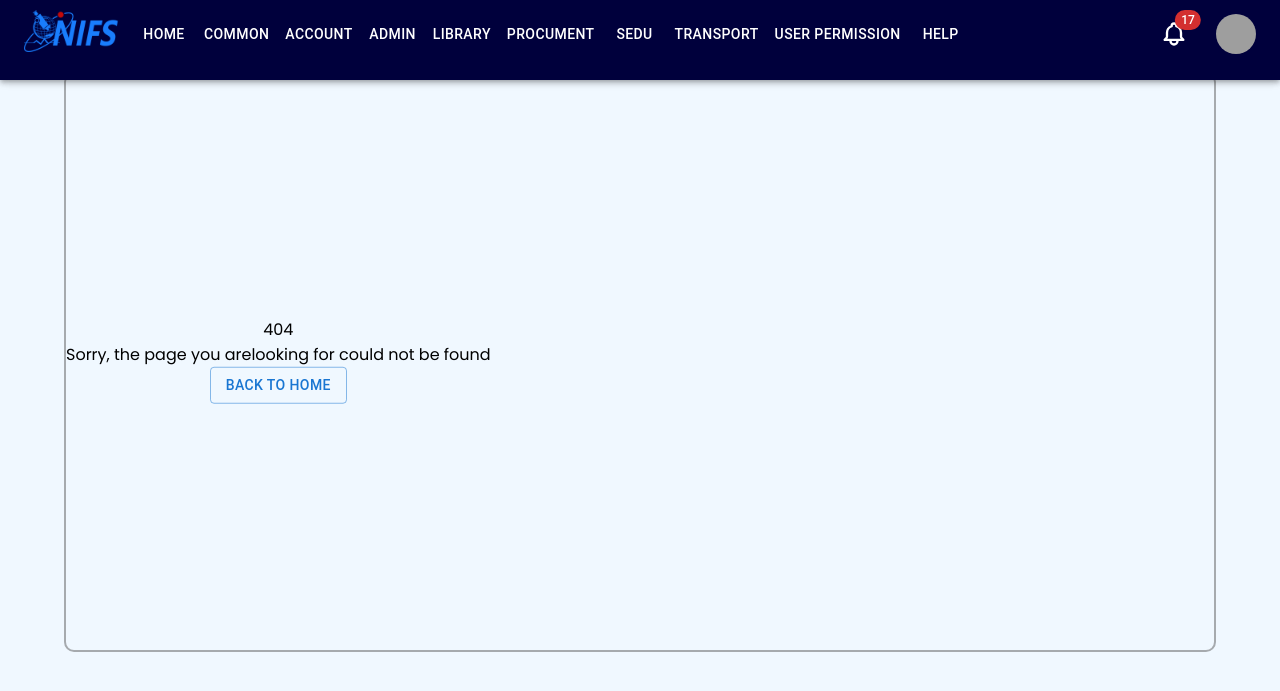
Repository: virangaj/NIFS-WebApp
Page: /error-404 (app in client/)
An editor plug-in stored every save of this project. The page is shown before and after the next save, followed by the edit.
The browser window is 1280 px wide. The pictures show the whole page.
Pictures or frames that could not be fetched are drawn as grey boxes. The project was rebuilt for these pictures with package versions that can differ from the ones it lists, and the page was loaded fresh each time. Also part of the build but not shown: client/src/pages/Login.tsx, client/src/pages/Home.tsx, client/src/components/Transport/shared/TransportNavbar.js, client/src/pages/TransportMainPage.tsx, client/src/pages/CommonMainPage.tsx, client/src/pages/AccountMainPage.tsx, client/src/pages/AdminMainPage.tsx, client/src/pages/LibraryMainPage.js and 16 more.

Above is the page before, as saved 2022-07-27 20:19:35.

### client/public/index.html
<!DOCTYPE html>
<html lang="en">
	<head>
		<meta charset="utf-8" />
		<link rel="icon" href="nifs_logo.png" />
		<meta name="viewport" content="width=device-width, initial-scale=1" />
		<meta name="theme-color" content="#000000" />
		<meta
			name="description"
			content="Web site created using create-react-app"
		/>
		<link rel="apple-touch-icon" href="%PUBLIC_URL%/logo192.png" />
		<!--
      manifest.json provides metadata used when your web app is installed on a
      user's mobile device or desktop. See https://developers.google.com/web/fundamentals/web-app-manifest/
    -->
		<link rel="manifest" href="%PUBLIC_URL%/manifest.json" />
		<!--
      Notice the use of %PUBLIC_URL% in the tags above.
      It will be replaced with the URL of the `public` folder during the build.
      Only files inside the `public` folder can be referenced from the HTML.

      Unlike "/favicon.ico" or "favicon.ico", "%PUBLIC_URL%/favicon.ico" will
      work correctly both with client-side routing and a non-root public URL.
      Learn how to configure a non-root public URL by running `npm run build`.
    -->
		<link
			href="https://fonts.googleapis.com/css?family=Poppins"
			rel="stylesheet"
		/>
		<title>NIFS Dashboard</title>
	</head>
	<body>
		<noscript>You need to enable JavaScript to run this app.</noscript>
		<div id="root"></div>
		<!--
      This HTML file is a template.
      If you open it directly in the browser, you will see an empty page.

      You can add webfonts, meta tags, or analytics to this file.
      The build step will place the bundled scripts into the <body> tag.

      To begin the development, run `npm start` or `yarn start`.
      To create a production bundle, use `npm run build` or `yarn build`.
    -->
	</body>
</html>

### client/src/index.css
* {
  margin: 0;
}

body {
  font-family: 'Poppins';
  -webkit-font-smoothing: antialiased;
  -moz-osx-font-smoothing: grayscale;
  background-color: aliceblue;
}

:root {
  --main-navbar-back: #00003c;
  --nav-title-section-back: rgba(4, 70, 80, 0.616);
  --white: #fff;
  --black: #000;
  --gray: rgba(68, 68, 68, 0.432);
  --border-radius: 10px;
  --pimary: rgb(10, 94, 133);
  --warning: #ed3d63;
}


.nav-logo {
  width: 100px;
  height: auto;
}

a {
  text-decoration: none;
}


/* main navbar */
.main-navbar {
  background-color: var(--main-navbar-back) !important;
  width: 100% !important;
  height: 80px !important;

}



/* secondary navbar */
.secondary-navbar {
  margin-top: 10vh !important;
  margin: auto;
}

.nav-flex-section {
  display: flex;
  justify-content: center;
}

.nav-flex-inside {
  margin-left: 5px;
  margin-left: 5px;
}

.nav-title {
  font-size: 15px;
  text-align: center;
  color: var(--white);
  font-weight: 600;

}

.nav-title-section {
  border-radius: var(--border-radius);
  background-color: var(--nav-title-section-back);
  box-shadow: rgba(100, 100, 111, 0.2) 0px 7px 29px 0px;

}

.nav-icon {
  font-size: 30px;
}

.nav-link {
  display: flex;
  flex-direction: column;
  align-items: center;
  font-size: 15px;
  margin-left: 10px;
  margin-left: 10px;
  border: none;
  box-shadow: rgba(100, 100, 111, 0.2) 0px 7px 29px 0px;
  padding: 4px 8px 6px 8px;
  margin-bottom: 10px;
  text-align: center;
  width: 125px;
  border-radius: var(--border-radius);
  background-color: var(--white);
  outline: none;
  height: 100px;

}

.nav-link:hover {
  color: var(--pimary);
  cursor: pointer;
  box-shadow: rgba(81, 146, 177, 0.2) 0px 7px 29px 0px;
  background-color: rgb(254, 255, 205);
  border-bottom: 2px solid var(--warning);

}


.nav-link:active {
  color: var(--pimary);
  cursor: pointer;
  box-shadow: rgba(81, 146, 177, 0.2) 0px 7px 29px 0px;
  background-color: rgb(205, 248, 255);
  border-bottom: 2px solid var(--warning);
}

.nav-link-active {
  color: var(--pimary);
  cursor: pointer;
  box-shadow: rgba(81, 146, 177, 0.2) 0px 7px 29px 0px;
  background-color: rgb(205, 248, 255);
  border-bottom: 2px solid var(--warning);
}

/* body content */
.body-content {
  margin: auto;
  width: 90%;
  margin-top: 10vh;

}



/* error page */
.error-page {
  border: 2px solid var(--gray);
  border-radius: var(--border-radius);
  height: 80vh;
}

.error-page-content {
  display: flex;
  flex-direction: column;
  align-items: center;
  position: absolute;
  top: 50%;
  -ms-transform: translateY(-50%);
  transform: translateY(-50%);
}

### client/src/App.tsx
import React, { useEffect } from 'react';
import Navbar from './components/shared/Navbar';
import Login from './pages/Login'
import { BrowserRouter as Router, Route, Routes } from 'react-router-dom'
import Home from './pages/Home';
import TransportMainPage from './pages/TransportMainPage';
import CommonMainPage from './pages/CommonMainPage';
import AccountMainPage from './pages/AccountMainPage';
import AdminMainPage from './pages/AdminMainPage';
import LibraryMainPage from './pages/LibraryMainPage';
import ProcumentMainPage from './pages/ProcumentMainPage';
import SeduMainPage from './pages/SeduMainPage';
import UserPermissionMainPage from './pages/UserPermissionMainPage';
import NotificationMainPage from './pages/NotificationMainPage';
import HelpMainPage from './pages/HelpMainPage';
import ErrorPage from './pages/ErrorPage';

function App() {


  return (
    <Router>
      <Navbar />
      <Routes>

        <Route path="/login" element={<Login />} />
        <Route path="/" element={<Home />} />
        <Route path="/common/*" element={<CommonMainPage />} />
        <Route path="/account/*" element={<AccountMainPage />} />
        <Route path="/admin/*" element={<AdminMainPage />} />
        <Route path="/library/*" element={<LibraryMainPage />} />
        <Route path="/procument/*" element={<ProcumentMainPage />} />
        <Route path="/sedu/*" element={<SeduMainPage />} />
        <Route path="/transport/*" element={<TransportMainPage />} />
        <Route
          path="/user-permission/*"
          element={<UserPermissionMainPage />}
        />
        <Route
          path="/notification/*"
          element={<NotificationMainPage />}
        />
        <Route path="/help/*" element={<HelpMainPage />} />
        <Route path="/error-404" element={<ErrorPage />} />
      </Routes>


    </Router>
  );
}

export default App;

### client/src/components/shared/Navbar.tsx
import * as React from 'react';
import AppBar from '@mui/material/AppBar';
import Box from '@mui/material/Box';
import Toolbar from '@mui/material/Toolbar';
import IconButton from '@mui/material/IconButton';
import Typography from '@mui/material/Typography';
import Menu from '@mui/material/Menu';
import Container from '@mui/material/Container';
import Avatar from '@mui/material/Avatar';
import Button from '@mui/material/Button';
import Tooltip from '@mui/material/Tooltip';
import MenuItem from '@mui/material/MenuItem';
import { HiMenuAlt2, HiOutlineBell } from "react-icons/hi";
import Badge from '@mui/material/Badge';
import Logo from '../../images/nifs_logo.png'
import { Link, useLocation } from 'react-router-dom';
const pages = [
    {
        id: 0,
        title: 'Home',
        link: '/',
    },
    {
        id: 1,
        title: 'Common',
        link: '/common',
    },
    {
        id: 2,
        title: 'Account',
        link: '/account',
    },
    {
        id: 3,
        title: 'Admin',
        link: '/admin',
    },
    {
        id: 4,
        title: 'Library',
        link: '/library',
    },
    {
        id: 5,
        title: 'Procument',
        link: '/procument',
    },
    {
        id: 6,
        title: 'SEDU',
        link: '/sedu',
    },
    {
        id: 7,
        title: 'Transport',
        link: '/transport',
    },
    {
        id: 8,
        title: 'User Permission',
        link: '/user-permission',
    },
    // {
    //     id: 9,
    //     title: 'Notification',
    //     link: '/notification',
    // },
    {
        id: 10,
        title: 'Help',
        link: '/help',
    },
];
const settings = [
    {
        id: 0,
        title: 'Login',
        link: '/login',
    },
];
const Navbar = () => {

    // nav bar function and variables
    const location: any = useLocation();

    const [anchorElNav, setAnchorElNav] = React.useState<null | HTMLElement>(null);
    const [anchorElUser, setAnchorElUser] = React.useState<null | HTMLElement>(null);

    const handleOpenNavMenu = (event: React.MouseEvent<HTMLElement>) => {
        setAnchorElNav(event.currentTarget);
    };
    const handleOpenUserMenu = (event: React.MouseEvent<HTMLElement>) => {
        setAnchorElUser(event.currentTarget);
    };

    const handleCloseNavMenu = () => {
        setAnchorElNav(null);
    };

    const handleCloseUserMenu = () => {
        setAnchorElUser(null);
    };

    return (
        <AppBar position="fixed" className="main-navbar">
            <Container maxWidth="xl">
                <Toolbar disableGutters>
                    {/*Responsive view start here  */}
                    <Box sx={{ display: { xs: 'none', md: 'flex' }, mr: 1 }}>
                        <Link to='/'>
                            <img src={Logo} alt="logo" className="nav-logo" />
                        </Link>
                    </Box>


                    <Box sx={{ flexGrow: 1, display: { xs: 'flex', md: 'none' } }}>
                        <IconButton
                            size="large"
                            aria-label="account of current user"
                            aria-controls="menu-appbar"
                            aria-haspopup="true"
                            onClick={handleOpenNavMenu}
                            color="inherit"
                        >
                            <HiMenuAlt2 />
                        </IconButton>
                        <Menu
                            id="menu-appbar"
                            anchorEl={anchorElNav}
                            anchorOrigin={{
                                vertical: 'bottom',
                                horizontal: 'left',
                            }}
                            keepMounted
                            transformOrigin={{
                                vertical: 'top',
                                horizontal: 'left',
                            }}
                            open={Boolean(anchorElNav)}
                            onClose={handleCloseNavMenu}
                            sx={{
                                display: { xs: 'block', md: 'none' },
                            }}
                        >
                            {pages && pages.map((page, index) => (
                                location.pathname.split('/')[1] === page.link.split('/')[1] ?
                                    <Link to={page.link} style={{ textDecoration: 'none' }} key={index}>
                                        <Button

                                            onClick={handleCloseNavMenu}
                                            sx={{ my: 2, color: 'white', display: 'block' }}
                                            style={{ backgroundColor: '#000', color: '#fff', fontWeight: 700 }}
                                        >
                                            {page.title}
                                        </Button>
                                    </Link>
                                    :
                                    <Link to={page.link} style={{ textDecoration: 'none' }} >
                                        <Button
                                            key={page.id}
                                            onClick={handleCloseNavMenu}
                                            sx={{ my: 2, color: 'white', display: 'block' }}
                                            style={{ backgroundColor: '#fff', color: '#000' }}
                                        >
                                            {page.title}
                                        </Button>
                                    </Link>
                            ))}
                        </Menu>
                    </Box>
                    {/* Responsive view ends here */}

                    {/* Full width starts here */}
                    <Box
                        sx={{
                            mr: 2,
                            display: { xs: 'flex', md: 'none' },
                            flexGrow: 1,
                        }}
                    >
                        <Link to='/'>
                            <img src={Logo} alt="logo" className="nav-logo" />
                        </Link>
                    </Box>

                    <Box sx={{ flexGrow: 1, display: { xs: 'none', md: 'flex' } }}>
                        {pages.map((page, index) => (
                            location.pathname.split('/')[1] === page.link.split('/')[1] ?
                                <Link to={page.link} style={{ textDecoration: 'none' }} key={index}>
                                    <Button
                                        onClick={handleCloseNavMenu}
                                        sx={{ my: 2, color: 'white', display: 'block' }}
                                        style={{ backgroundColor: '#fff', color: '#000', fontWeight: 700 }}


                                    >
                                        {page.title}
                                    </Button>
                                </Link>
                                :
                                <Link to={page.link} style={{ textDecoration: 'none' }} >
                                    <Button
                                        key={page.id}
                                        onClick={handleCloseNavMenu}
                                        sx={{ my: 2, color: 'white', display: 'block' }}

                                    >
                                        {page.title}
                                    </Button>
                                </Link>
                        ))}
                    </Box>
                    <IconButton
                        size="large"
                        aria-label="show 17 new notifications"
                        color="inherit"
                        sx={{ mr: 2 }}
                    >
                        <Badge badgeContent={17} color="error">
                            <HiOutlineBell />
                        </Badge>
                    </IconButton>
                    <Box sx={{ flexGrow: 0 }}>
                        <Tooltip title="Open settings">
                            <IconButton onClick={handleOpenUserMenu} sx={{ p: 0 }}>
                                <Avatar alt="Remy Sharp" src="/static/images/avatar/2.jpg" />
                            </IconButton>
                        </Tooltip>
                        <Menu
                            sx={{ mt: '45px' }}
                            id="menu-appbar"
                            anchorEl={anchorElUser}
                            anchorOrigin={{
                                vertical: 'top',
                                horizontal: 'right',
                            }}
                            keepMounted
                            transformOrigin={{
                                vertical: 'top',
                                horizontal: 'right',
                            }}
                            open={Boolean(anchorElUser)}
                            onClose={handleCloseUserMenu}
                        >
                            {settings && settings.map((setting, index) => (
                                <MenuItem key={index} onClick={handleCloseUserMenu}>
                                    <Typography textAlign="center">{setting.title}</Typography>
                                </MenuItem>
                            ))}
                        </Menu>
                    </Box>
                </Toolbar>
            </Container>
        </AppBar>
    );
};
export default Navbar;

### client/src/pages/ErrorPage.tsx
import { Button } from '@mui/material'
import React from 'react'
import { Link } from 'react-router-dom'

function ErrorPage() {
    return (
        <div className="body-content">
            <div className='error-page'>

                <div className='error-page-content'>
                    <p>404</p>
                    <p>Sorry, the page you arelooking for could not be found</p>
                    <Link to='/'>
                        <Button variant="outlined">Back to home</Button>
                    </Link>

                </div>

            </div>
        </div>
    )
}

export default ErrorPage

Loaded but not shown: client/src/index.tsx (common file); client/src/reportWebVitals.ts (common file)

After the next save:
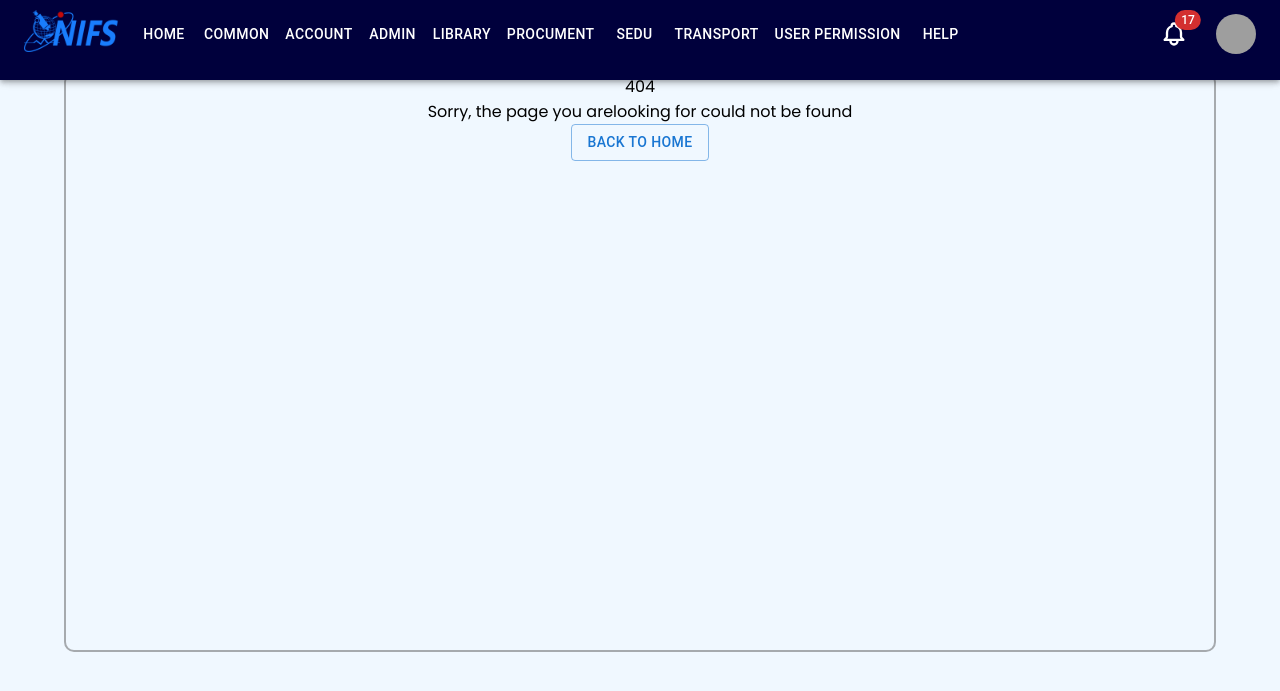
Saved 5 s later.
--- a/client/src/index.css
+++ b/client/src/index.css
@@ -143,8 +143,5 @@ a {
   display: flex;
   flex-direction: column;
   align-items: center;
-  position: absolute;
-  top: 50%;
-  -ms-transform: translateY(-50%);
-  transform: translateY(-50%);
+
 }
